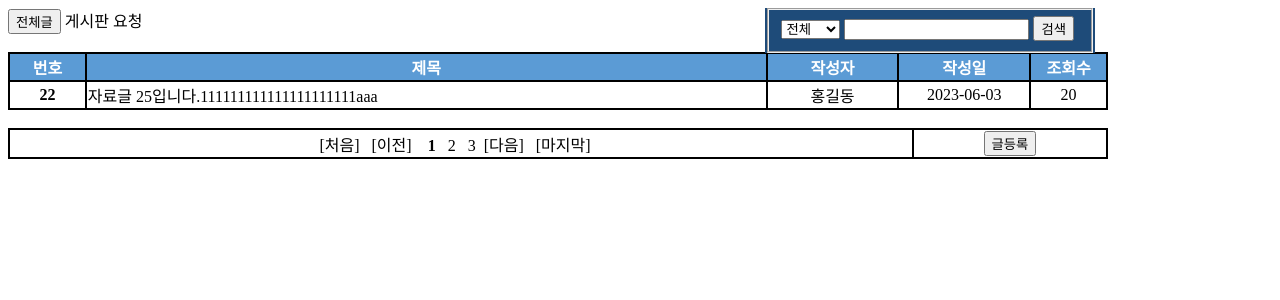
Repository: LJzero-dev/java-study
Page: http://localhost/ktbwos/bbs/request_list.jsp
The author's editor kept a copy of each file at every save. The page is drawn from the files as they stood at one save, then again after the next save.
The browser window is 1280 px wide. The pictures show the whole page.
The page is served by Tomcat 9. Other server files are loaded and not shown.

Above is the page before, as saved 2023-06-11 05:26:46.

### web/ktbwos/WebContent/bbs/request_list.jsp
<%@ page language="java" contentType="text/html; charset=UTF-8" pageEncoding="UTF-8"%>
<%
int cpage = 1, psize = 3, bsize = 3, rcnt = 10, pcnt = 10, schargs = 10;	// 페이지 번호, 페이지 크기, 블록 크기, 레코드(게시글) 개수, 페이지 개수 등을 저장할 변수
%>
<!DOCTYPE html PUBLIC "-//W3C//DTD HTML 4.01 Transitional//EN" "http://www.w3.org/TR/html4/loose.dtd">
<html>
<head>
<meta http-equiv="Content-Type" content="text/html; charset=UTF-8">
<style>
	a:link { color:black; text-decoration:none; }
	a:visited { color:black; text-decoration:none; }
	a:hover { color:black; text-decoration:underline; }
	table, th, td {
	border:2px solid black;
	border-collapse : collapse;
	}
	th { background-color:#5B9BD5; color:white;}
	td { text-align:center;}
</style>
<title>Insert title here</title>
</head>
<body>

<div width="1100">
<input type="button" value="전체글">  게시판 요청
<form style="width:330px; background:#1E4B79; display:inline-block; margin-left: 623px;  position: fixed; " name="frmSch">
<fieldset>
		<select name="schtype">
			<option value="all" >전체</option>
			<option value="title" >제목</option>
			<option value="content" >내용</option>
			<option value="writer">작성자</option>
		</select>
		<input type="text" name="keyword" value="" />
		<input type="submit" value="검색" />
</fieldset>
</form>
<br /><br />
	<table width="1100">
		<tr>
			<th width="7%">번호</th><th width="*">제목</th><th width="12%">작성자</th><th width="12%">작성일</th><th width="7%">조회수</th>
		</tr>
		<tr>
			<td><b>22</b></td><td><span style="float:left;">자료글 25입니다.111111111111111111111<a href="">aaa</a></span></td><td>홍길동</td><td>2023-06-03</td><td>20</td>
		</tr>
	</table>
</div>
<br />
<table width="1100">
<tr>
<td width="900">
<%
if (rcnt > 0) {	// 게시글이 있으면
	String link = "free_list.jsp?cpage=";
	if (cpage == 1) {
		out.println("[처음]&nbsp;&nbsp;&nbsp;[이전]&nbsp;&nbsp;");
	} else {
		out.println("<a href='" + link + "1" + schargs + "'>[처음]</a>&nbsp;&nbsp;&nbsp;");
		out.println("<a href='" + link + (cpage-1) + schargs + "'>[이전]</a>&nbsp;&nbsp;");
	}

	int spage = (cpage -1) / bsize * bsize +1;	// 블록 시작 페이지 번호
	for (int i = 1, j = spage; i <= bsize && j <= pcnt; i++, j++) {	// i : 블록에서 보여줄 페이지의 개수만큼 루프를 돌릴 조건으로 사용되는 변수 j : 실제 출력할 페이지 번호로 전체 페이지 개수(마지막 페이지 번호)를 넘지 않게 할 변수
		if (j == cpage) {
			out.println("&nbsp;<strong>" + j + "</strong>&nbsp;");
		} else {
			out.println("&nbsp;<a href='" + link + j + schargs + "'>" + j + "</a>&nbsp;");
		}
	}

	if (cpage == pcnt) {
		out.println("&nbsp;&nbsp;[다음]&nbsp;&nbsp;&nbsp;[마지막]");
	} else {
		out.println("<a href='" + link + (cpage+1) + schargs + "'>[다음]</a>&nbsp;&nbsp;");
		out.println("<a href='" + link + pcnt + schargs + "'>[마지막]</a>&nbsp;&nbsp;&nbsp;");
	}
}
%>
</td>
<td width="*" align="right">
	<input type="button" value="글등록" onclick="location.href='free_form.jsp?kind=in';" />
</td>
</tr>
</table>
</body>
</html>

After the next save:
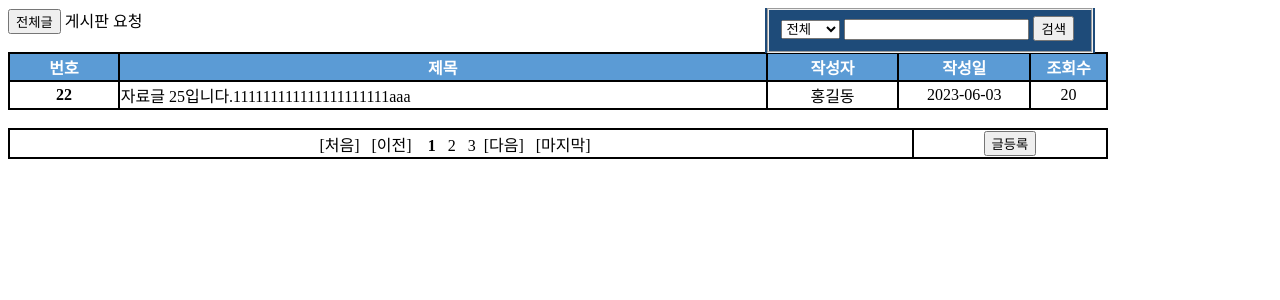
Saved 13 min 11 s later.
--- a/web/ktbwos/WebContent/bbs/request_list.jsp
+++ b/web/ktbwos/WebContent/bbs/request_list.jsp
@@ -38,7 +38,7 @@
 <br /><br />
 	<table width="1100">
 		<tr>
-			<th width="7%">번호</th><th width="*">제목</th><th width="12%">작성자</th><th width="12%">작성일</th><th width="7%">조회수</th>
+			<th width="10%">번호</th><th width="*">제목</th><th width="12%">작성자</th><th width="12%">작성일</th><th width="7%">조회수</th>
 		</tr>
 		<tr>
 			<td><b>22</b></td><td><span style="float:left;">자료글 25입니다.111111111111111111111<a href="">aaa</a></span></td><td>홍길동</td><td>2023-06-03</td><td>20</td>

After the save that followed:
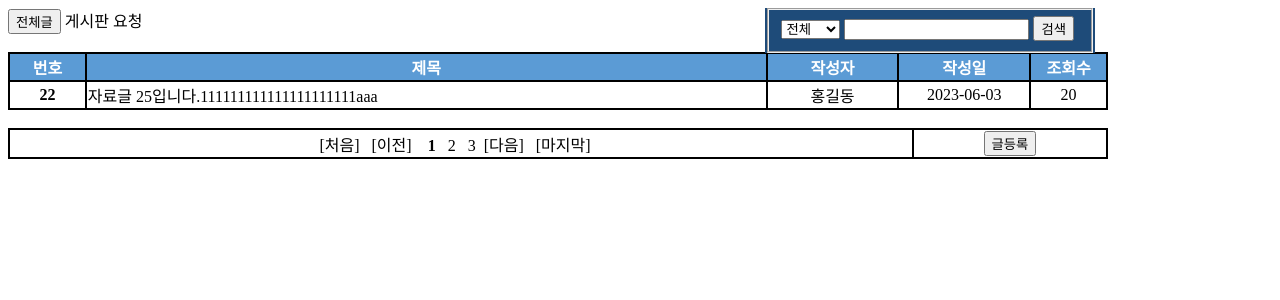
Saved 5 s later.
--- a/web/ktbwos/WebContent/bbs/request_list.jsp
+++ b/web/ktbwos/WebContent/bbs/request_list.jsp
@@ -38,7 +38,7 @@
 <br /><br />
 	<table width="1100">
 		<tr>
-			<th width="10%">번호</th><th width="*">제목</th><th width="12%">작성자</th><th width="12%">작성일</th><th width="7%">조회수</th>
+			<th width="7%">번호</th><th width="*">제목</th><th width="12%">작성자</th><th width="12%">작성일</th><th width="7%">조회수</th>
 		</tr>
 		<tr>
 			<td><b>22</b></td><td><span style="float:left;">자료글 25입니다.111111111111111111111<a href="">aaa</a></span></td><td>홍길동</td><td>2023-06-03</td><td>20</td>
